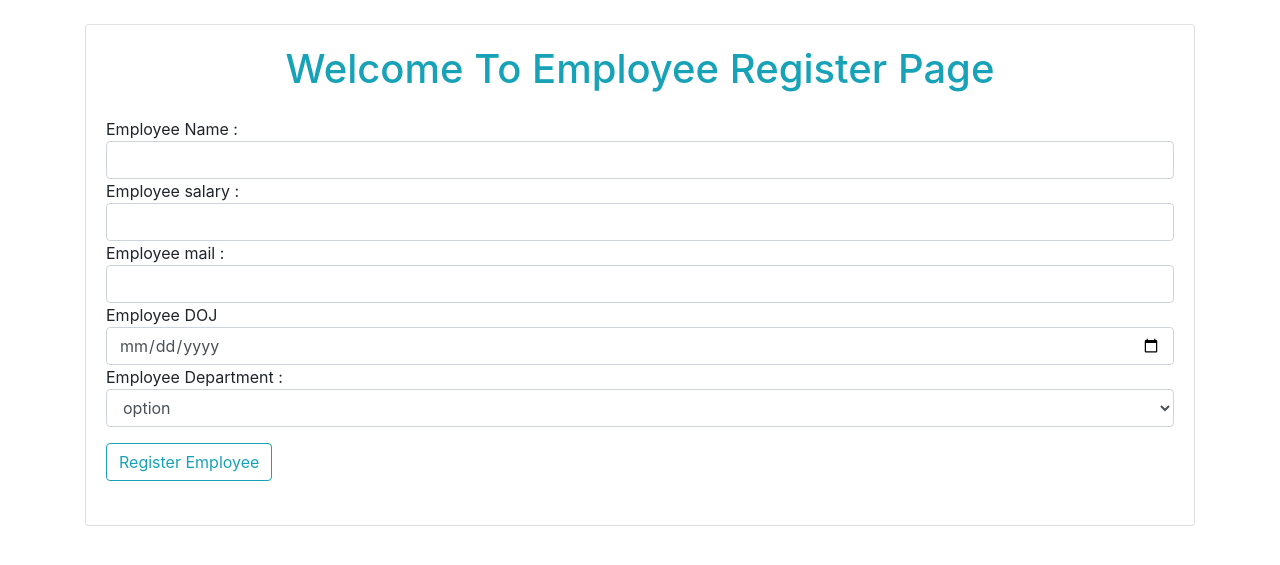
Repository: lokeshsukhwal/EmployeeMiniProject
Page: http://localhost/EmployeeRegister
The author's editor kept a copy of each file at every save. The page is drawn from the files as they stood at one save, then again after the next save.
The browser window is 1280 px wide. The pictures show the whole page.
The page is this project's Thymeleaf template; nobody is signed in. The template is opened directly, without the code that normally fills it, so the values that code supplies are empty.

Above is the page before, as saved 2023-01-18 14:25:59.

After the next save:
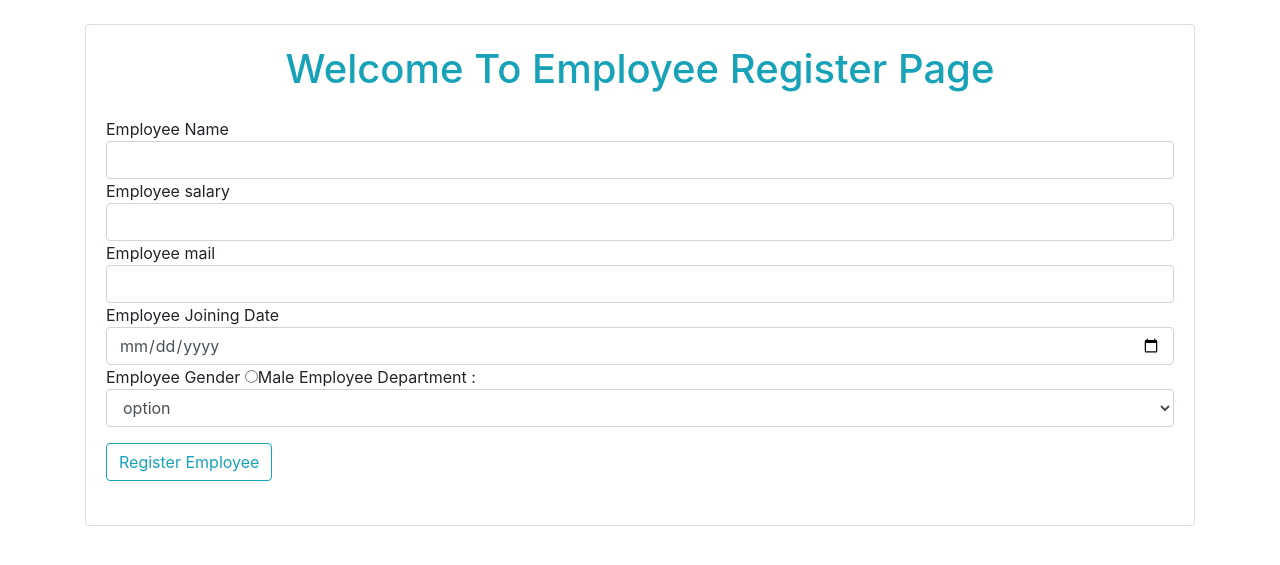
Saved 98 s later.
--- a/SpringBootMvc-ThymeleafMySqlCrudMiniProject/src/main/resources/templates/EmployeeRegister.html
+++ b/SpringBootMvc-ThymeleafMySqlCrudMiniProject/src/main/resources/templates/EmployeeRegister.html
@@ -13,10 +13,11 @@
 			<div class="card-body ">
 				<h1 class=" text-info text-center">Welcome To Employee Register Page</h1>
 		<form th:action="@{/employee/save}" method="POST" class="mt-4 form ">
-			Employee Name : <input type="text" name="empName"class="form-control">
-		    Employee salary : <input type="text"name="empSalary" class="form-control">
-		    Employee mail : <input type="email" name="empMail" class="form-control">
-		    Employee DOJ <input type="date" name="empDoj" class="form-control">
+			Employee Name <input type="text" name="empName"class="form-control">
+		    Employee salary <input type="text"name="empSalary" class="form-control">
+		    Employee mail <input type="email" name="empMail" class="form-control">
+		 Employee Joining Date <input type="date" name="empDoj" class="form-control">
+		 Employee Gender <input type="radio" name="empGender" empGender value="male">Male
 		    Employee Department : <select name="department" class="form-control dropdown">
 									<option value="#">option</option>
 									<option value="dev">DEV</option>
